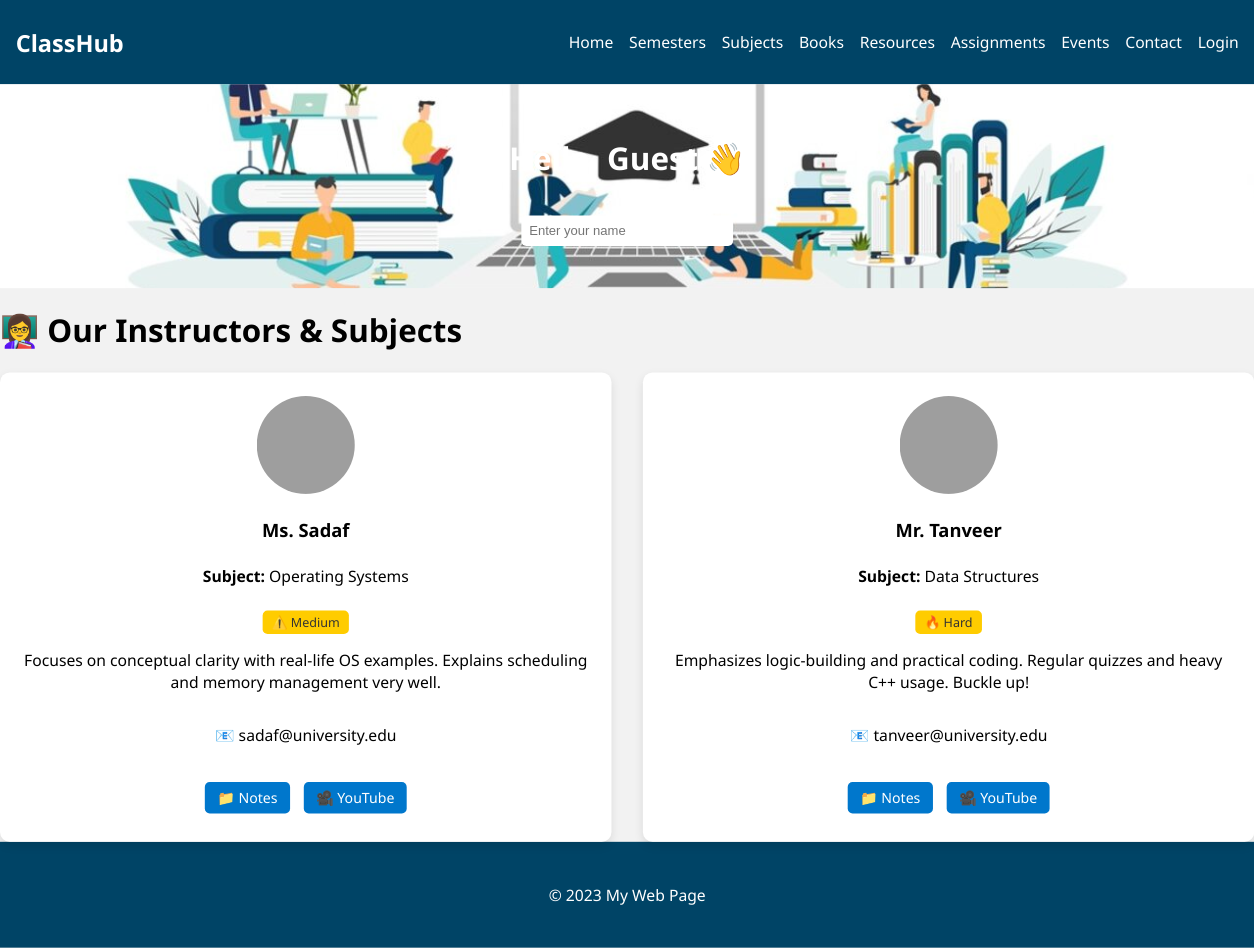
Repository: MariamSawera/eduNova
Page: subjects.html
The author's editor kept a copy of each file at every save. The page is drawn from the files as they stood at one save, then again after the next save.
The browser window is 1280 px wide. The pictures show the whole page, at 98% of full size.
Pictures or frames that could not be fetched are drawn as grey boxes.

Above is the page before, as saved 2025-07-23 19:27:01.

### subjects.html
<!DOCTYPE html>
<html lang="en">
<head>
  <meta charset="UTF-8">
  <title>Instructors</title>
  <link rel="stylesheet" href="subjects.css">
  <link rel="stylesheet" href="styles.css">
  <style>
  </style>
</head>
<body>

      <nav>
    <div class="logo">ClassHub</div>
    <ul>
      <li><a href="index.html">Home</a></li>
      <li><a href="#semester">Semesters</a></li>
      <li><a href="subjects.html">Subjects</a></li>
      <li><a href="books.html">Books</a></li>
      <li><a href="resources.html">Resources</a></li>
      <li><a href="assignments.html">Assignments</a></li>
      <li><a href="events.html">Events</a></li>
      <li><a href="contact.html">Contact</a></li>
      <!-- <li><a href="#">Announcements</a></li> -->
      <li><a href="login.html">Login</a></li>
    </ul>
  </nav>

  <!-- Hero Section -->
  <div class="hero">
    <h1 id="welcome">Hello, Guest 👋</h1>
    <input type="text" id="nameInput" placeholder="Enter your name" oninput="updateName()" />
  </div>


  <h1>👩‍🏫 Our Instructors & Subjects</h1>

  <div class="instructor-grid">

    <div class="instructor-card">
      <img src="https://randomuser.me/api/portraits/women/55.jpg" alt="Ms. Sadaf">
      <h3>Ms. Sadaf</h3>
      <p><strong>Subject:</strong> Operating Systems</p>
      <div class="difficulty">⚠️ Medium</div>
      <p>Focuses on conceptual clarity with real-life OS examples. Explains scheduling and memory management very well.</p>
      <p>📧 sadaf@university.edu</p>
      <div class="resources">
        <a href="https://drive.google.com/your-link" target="_blank">📁 Notes</a>
        <a href="https://youtube.com/playlist?list=..." target="_blank">🎥 YouTube</a>
      </div>
    </div>

    <div class="instructor-card">
      <img src="https://randomuser.me/api/portraits/men/45.jpg" alt="Mr. Tanveer">
      <h3>Mr. Tanveer</h3>
      <p><strong>Subject:</strong> Data Structures</p>
      <div class="difficulty">🔥 Hard</div>
      <p>Emphasizes logic-building and practical coding. Regular quizzes and heavy C++ usage. Buckle up!</p>
      <p>📧 tanveer@university.edu</p>
      <div class="resources">
        <a href="https://drive.google.com/your-link" target="_blank">📁 Notes</a>
        <a href="https://youtube.com/playlist?list=..." target="_blank">🎥 YouTube</a>
      </div>
    </div>

    <!-- Add more instructor cards below -->

  </div>



    <footer class="footer">
        <p>&copy; 2023 My Web Page</p>
    </footer>

</body>
</html>

### subjects.css




    .instructor-grid {
      display: grid;
      grid-template-columns: repeat(auto-fit, minmax(280px, 1fr));
      gap: 2rem;
    }

    .instructor-card {
      background: white;
      border-radius: 10px;
      padding: 1.5rem;
      box-shadow: 0 4px 10px rgba(0,0,0,0.1);
      display: flex;
      flex-direction: column;
      align-items: center;
      text-align: center;
    }

    .instructor-card img {
      width: 100px;
      height: 100px;
      border-radius: 50%;
      object-fit: cover;
      margin-bottom: 1rem;
    }

    .instructor-card h3 {
      margin: 0.5rem 0;
    }

    .difficulty {
      padding: 0.2rem 0.6rem;
      border-radius: 5px;
      font-size: 0.8rem;
      margin-top: 0.5rem;
      background-color: #ffcc00;
      color: #333;
    }

    .resources {
      margin-top: 1rem;
    }

    .resources a {
      display: inline-block;
      margin: 0.3rem;
      padding: 0.4rem 0.8rem;
      background: #0077cc;
      color: white;
      border-radius: 5px;
      text-decoration: none;
      font-size: 0.9rem;
    }

    .resources a:hover {
      background: #005fa3;
    }

### styles.css
    html {
      scroll-behavior: smooth;
    }

    body {
      margin: 0;
      font-family: 'Segoe UI', sans-serif;
      background: #f2f2f2;
        /* background-color: #B3DDF0; */

    }

    nav {
      background-color: #004466;
      color: white;
      padding: 1rem;
      display: flex;
      justify-content: space-between;
      align-items: center;
    }

    nav .logo {
      font-size: 1.5rem;
      font-weight: bold;
    }

    a {
        text-decoration: none;
        color: inherit;
    }

    nav ul {
      list-style: none;
      display: flex;
      gap: 1rem;
    }

    nav ul li {
      display: inline;
    }

    nav ul li a {
      color: white;
      text-decoration: none;
    }


    .hero {
      /* background: linear-gradient(to right, #00aaff, #00ffcc); */
      background-image: url('./images/banner.jpg');
      background-position: center;
      color: white;
      padding: 2rem;
      text-align: center;
      height: 20vh;
    }


    .hero input {
      padding: 0.5rem;
      border: none;
      border-radius: 5px;
      margin-top: 1rem;
      width: 200px;
    }

    .dashboard {
      display: grid;
      grid-template-columns: 1fr 1fr 1fr;
      gap: 1rem;
      padding: 2rem;
    }

    .card {
      background: white;
      padding: 1rem;
      border-radius: 10px;
      box-shadow: 0 2px 5px rgba(0,0,0,0.1);
    }

    .quick-links {
      padding: 2rem;
      display: grid;
      grid-template-columns: repeat(3, minmax(150px, 1fr));
      gap: 1rem;
    }

    .link-card{
      display: flex;
      justify-content: center;
      align-items: center;
      font-size: 30px;
      color: white;


    }

    .quick-links .link-card {
      background: white;
      text-align: center;
      padding: 1rem;
      border-radius: 10px;
      box-shadow: 0 2px 5px rgba(0,0,0,0.1);
      height: 80px;
    }

    .footer{
      background-color: #004466;
      display: flex;
      justify-content: center;
      align-items: center;
      color: white;
      height: 15vh;
    }

    .heading{
      color: #333;
      margin-bottom: 1rem;
      text-align: center;
      font-size: 2rem;
    }

    /* books.html */
    .book-grid{
      display: flex ;
      justify-content: center;
      text-align: center;
      gap: 1rem;
      padding: 2rem;
      flex-wrap: wrap;

    }

    .book-card {
      background: white;
      width: 20%;
      padding: 1rem;
      border-radius: 8px;
      box-shadow: 0 2px 5px rgba(0,0,0,0.1);
      text-align: center;
    }

    .book-card img {
      max-width: 100%;
      height: 40vh;
      border-radius: 5px;
      object-fit: cover;

    }

    .book-info {
      padding: 1rem;
      text-align: center;
    }

    .book-info h3 {
      margin: 0.5rem 0;
      font-size: 1.1rem;
      color: #222;
    }

    .book-info p {
      font-size: 0.9rem;
      color: #555;
    }

    .book-info a {
      display: inline-block;
      margin-top: 0.7rem;
      padding: 0.5rem 1rem;
      background: #0077cc;
      color: white;
      text-decoration: none;
      border-radius: 5px;
    }

    .book-info a:hover {
      background: #005fa3;
    }

After the next save:
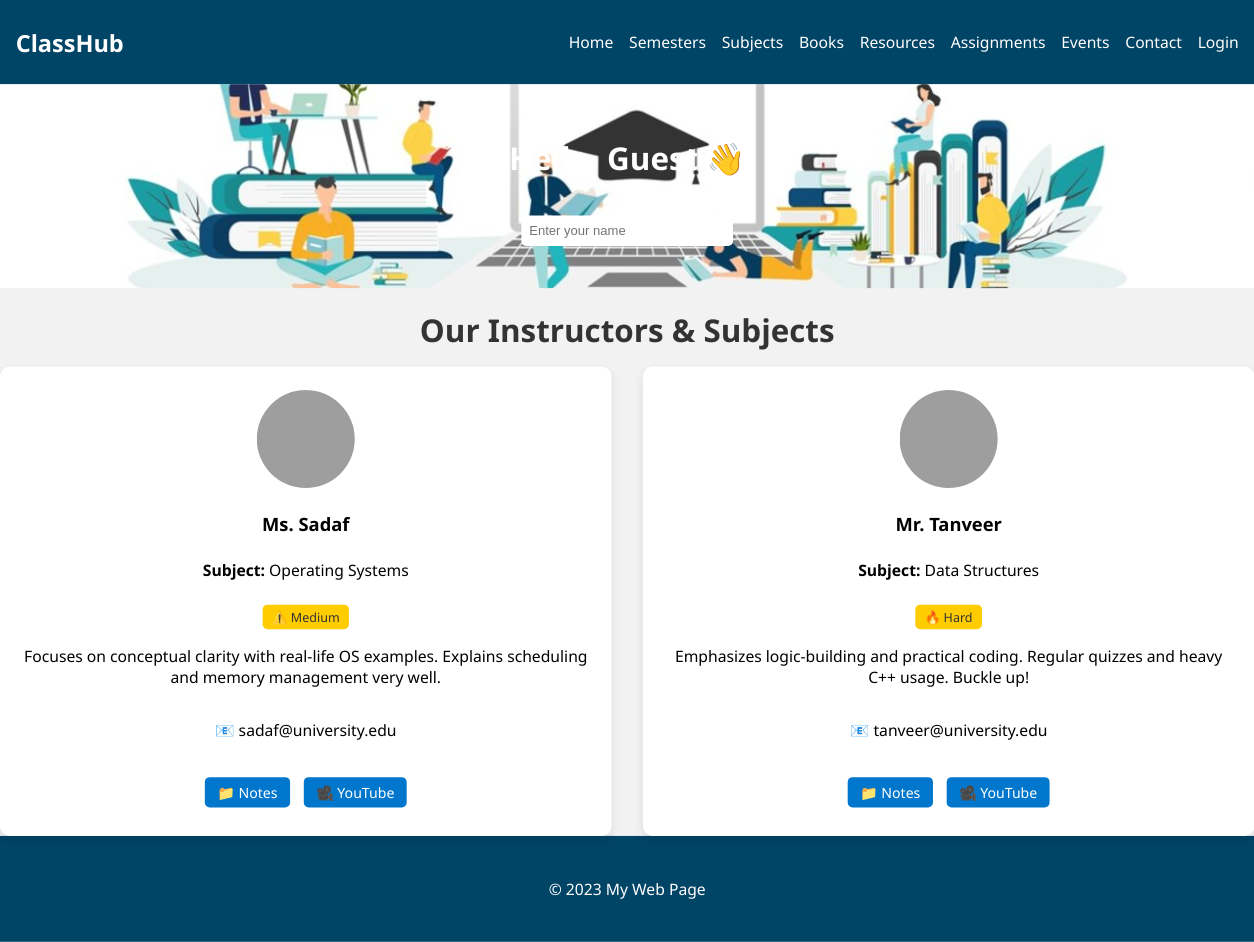
Saved 19 s later.
--- a/subjects.html
+++ b/subjects.html
@@ -33,7 +33,7 @@
   </div>
 
 
-  <h1>👩‍🏫 Our Instructors & Subjects</h1>
+  <h1 class="heading"> Our Instructors & Subjects</h1>
 
   <div class="instructor-grid">
 
